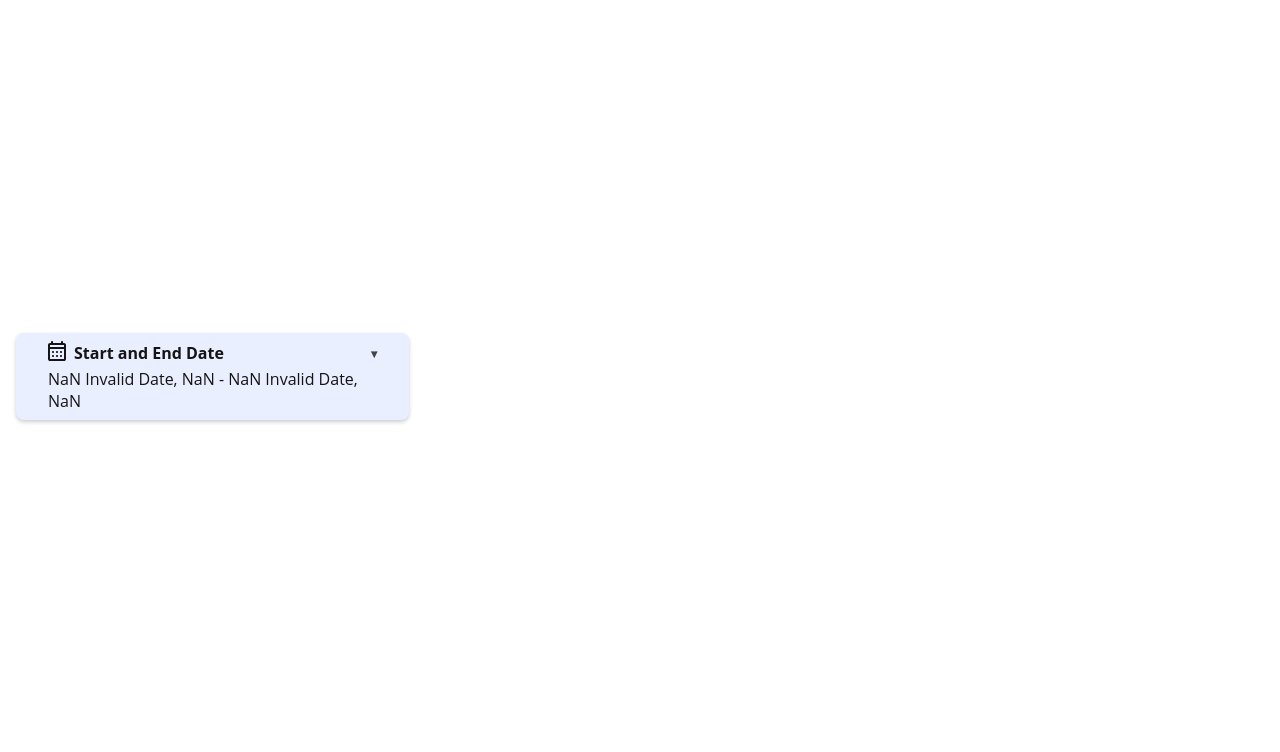
Repository: brunaguarizo/mosaic_app
Page: /
The author's editor kept a copy of each file at every save. The page is drawn from the files as they stood at one save, then again after the next save.
The browser window is 1280 px wide. The pictures show the whole page.
The project was rebuilt for these pictures with package versions that can differ from the ones it lists, and the page was loaded fresh each time. The framework's server and built-in components were replaced by stand-ins that run in the browser. Also part of the build but not shown: next.config.mjs, app/_ui/navbar/Navbar.js, app/_ui/Button/Button.js, app/_ui/Tag/Tag.js, app/_ui/Project_card/Project_card.js, app/_ui/Date_PopUp/Date_PopUp.module.css, app/_ui/Date_PopUp/Date_PopUp.js.

Above is the page before, as saved 2025-04-18 11:26:11.

After the next save:
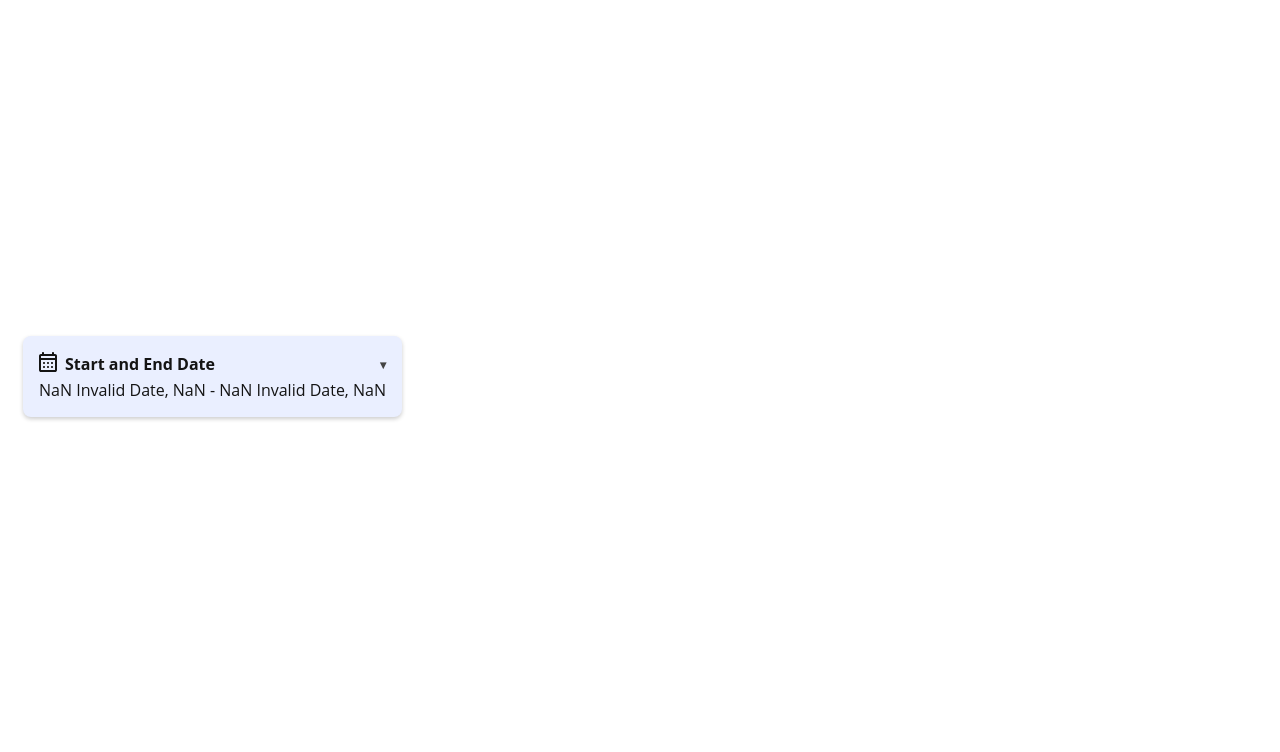
Saved 26 s later.
--- a/app/_ui/Date_Card/Date_Card.module.css
+++ b/app/_ui/Date_Card/Date_Card.module.css
@@ -1,7 +1,7 @@
 .card {
     background-color: var(--blue-50);
     border-radius: var(--space-small);
-    padding: var(--space-small) var(--space-medium);
+    padding: var(--space-regular);
     box-shadow: 0 2px 4px rgba(0, 0, 0, 0.2);
     font-family: var(--font-family);
     cursor: pointer;
